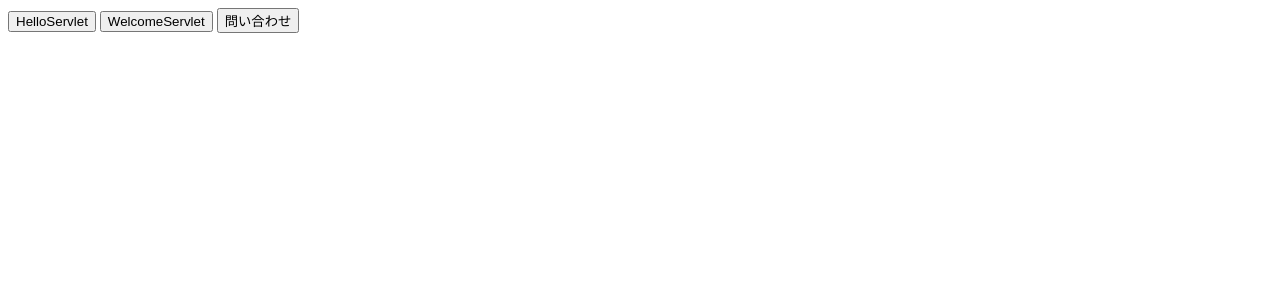
Repository: MurayamaMura/HelloServlet
Page: http://localhost/HelloServlet/
The author's editor kept a copy of each file at every save. The page is drawn from the files as they stood at one save, then again after the next save.
The browser window is 1280 px wide. The pictures show the whole page.
The page is served by Tomcat 9. Other server files are loaded and not shown.

Above is the page before, as saved 2018-04-27 10:44:54.

### HelloServlet/WebContent/index.jsp
<%@ page language="java" contentType="text/html; charset=UTF-8"
pageEncoding="UTF-8"%>
<!DOCTYPE html>
<html>
<head>
<meta charset="UTF-8">
<title>HelloServlet</title>
</head>
<body>
<input type="button" value="HelloServlet" onClick="location.href='HelloServlet'">
<input type="button" value="WelcomeServlet" onClick="location.href='Welcome.jsp'">
<input type="button" value="問い合わせ" onClick="location.href='inquiry.jsp'">
</body>



</html>

After the next save:
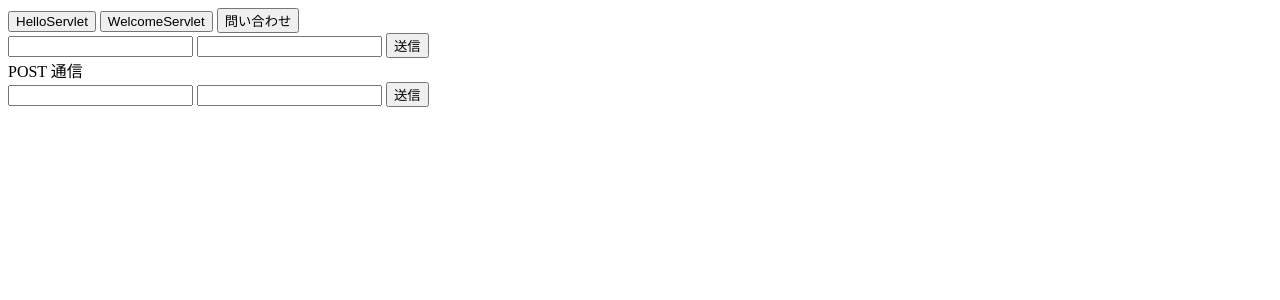
Saved 3 min 18 s later.
--- a/HelloServlet/WebContent/index.jsp
+++ b/HelloServlet/WebContent/index.jsp
@@ -10,6 +10,19 @@
 <input type="button" value="HelloServlet" onClick="location.href='HelloServlet'">
 <input type="button" value="WelcomeServlet" onClick="location.href='Welcome.jsp'">
 <input type="button" value="問い合わせ" onClick="location.href='inquiry.jsp'">
+
+<form method="get" action="TestServlet">
+<input type="text" name="username">
+<input type="password" name="password">
+<input type="submit" value="送信">
+</form>
+POST 通信
+<form method="post" action="TestServlet">
+<input type="text" name="username">
+<input type="password" name="password">
+<input type="submit" value="送信">
+</form>
+
 </body>
 
 
